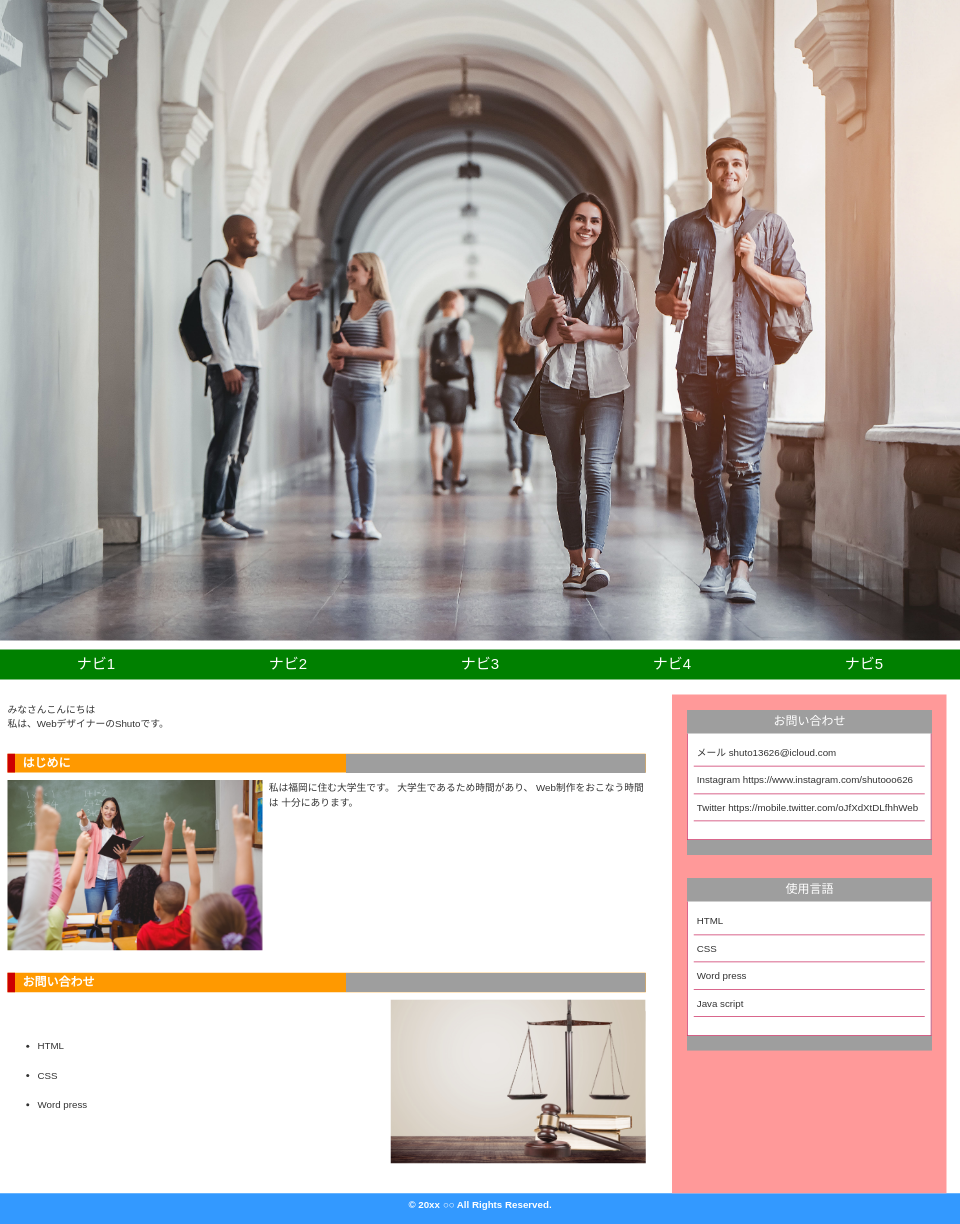
Repository: shuto-nakayama/samurai_HTML-CSS
Page: index7.html
The author's editor kept a record of every edit. The page is drawn from the files as they stood at one moment, then again after the next edit.
The browser window is 1280 px wide. The pictures show the whole page, at 75% of full size.
Pictures or frames that could not be fetched are drawn as grey boxes.

Above is the page before.

### index7.html
<!DOCTYPE html>
<html lang="ja">
    <head>
        <meta charset="UTF-8">
        <title>shutoホームページ</title>
        <link rel="stylesheet" href="stylesheet7.css">
    </head>
    <body>
        <div id="header">
            <h1><a href="index.html"><img id="corridor" src="images/corridor.jpg" alt="大学の廊下" /></a></h1>
        </div>
        <div id="wrapper">
            <div id="nav">
                <ul>
                    <li><a href="home.html">ナビ1</a></li>
                    <li><a href="#">ナビ2</a></li>
                    <li><a href="#">ナビ3</a></li>
                    <li><a href="#">ナビ4</a></li>
                    <li><a href="#">ナビ5</a></li>
                </ul>
            </div>
            <div id="container">
                <div id="main">
                    <div class="post">
                        <p>みなさんこんにちは<br />私は、WebデザイナーのShutoです。</p>
                    </div>
                    <div class="post clearfix">
                        <h2>はじめに</h2>
                        <img class="left" src="images/classroom.jpg" alt="授業風景" />
                        <p>
                           私は福岡に住む大学生です。
                           大学生であるため時間があり、
                           Web制作をおこなう時間は
                           十分にあります。
                        </p>

                    </div>
                    <div class="post clearfix">
                        <h2>お問い合わせ</h2>
                        <img class="right" src="images/scale.jpg" alt="天秤" />
                        <p>
                        　<ul>
                        　   <li>HTML</li>
                        　   <li>CSS</li>
                        　  <li>Word press</li>
                        　</ul>
                        </p>
                    </div>
                </div>
                <div id="side">
                    <div class="box">
                        <h2>お問い合わせ</h2>
                        <div class="boxBody">
                            <ul>
                                <li>メール shuto13626@icloud.com</li>
                                <li>Instagram https://www.instagram.com/shutooo626 </li>
                                <li>Twitter https://mobile.twitter.com/oJfXdXtDLfhhWeb
</li>

                            </ul>
                        </div>
                    </div>
                    <div class="box">
                        <h2>使用言語</h2>
                        <div class="boxBody">
                            <ul>
                                <li>HTML</li>
                                <li>CSS</li>
                                <li>Word press</li>
                                <li>Java script</li>
                            </ul>
                        </div>
                    </div>
                </div>
            </div>
        </div>
        <div id="footer">
            <p>&copy; 20xx ○○ All Rights Reserved.</p>
        </div>
    </body>
</html>

### stylesheet7.css
@charset "utf-8";

body {
	margin: 0;
	padding: 0;
	font-family: "ヒラギノ角ゴ Pro W3", "Hiragino Kaku Gothic Pro", "メイリオ", Meiryo, Osaka, "ＭＳ Ｐゴシック", "MS PGothic", sans-serif;
	color: #333;
	font-size: 13px;
	line-height: 150%;
}

/* -------------------- wrapper -------------------- */
#wrapper {
	width: 100%;
	margin: auto;
	padding: 0px;
	border: 0px;
	background-color: #FFF;
	top: 10px;
	position: relative;
}

/* -------------------- header -------------------- */
#header {
	width: 100%;
}
#header h1 {
	margin: 0;
	padding: 0;
}

#corridor {
	width: 100%;
	height: auto;
}

/* -------------------- footer -------------------- */
#footer {
	clear: both;
	width: 100%;
	padding: 3px 0 3px 0;
	background: #39F;
	color: #FFF;
	font-weight: bold;
	text-align: center;
}

/* -------------------- nav -------------------- */
#nav {
	width: 100%;
}
#nav ul {
	display: flex;
	margin: 0;
	padding: 0;
	list-style-type: none;
}
#nav ul li {
	width: 20%;
	text-align: center;
}
#nav ul li a {
	display: block;
	height: 20px;
	margin: 0;
	padding: 10px;
	color: #FFF;
	font-size: 20px;
	text-decoration: none;
	background-color: green;
}

#nav ul li a:hover {
	filter: drop-shadow(10px 10px 10px black);
}

/* -------------------- container -------------------- */
#container {
	width: 100%;
	margin: auto ;
	padding: auto;
	padding-top: 20px;
	clear: both;
	display: grid;
	grid-template-columns: 70vw 30vw;
}
/* -------------------- main -------------------- */
#main {
	width: 95%;
	padding: 10px 30px 10px 10px;
}
#main h2 {
	margin: 0 0 10px 0;
	padding: 3px 10px 3px 10px;
	color: #FFF;
	font-size: 16px;
	border-left: solid 10px #C00;
	background: #F90 url(../images/main_h2.jpg) right top repeat-y;
}
#main p {
	margin: 0;
	padding: 0;
}
#main .post {
	margin: 0 0 30px 0;
}

#main .post img.right {
	margin: 0 0 0 8px;
}
#main .post img.left {
	margin: 0 8px 0 0;
}

.right {
	float: right;
	width: 40%;
	height: auto;
}
.left {
	float: left;
	width: 40%;
	height: auto;
}

/* -------------------- clearfix -------------------- */
.clearfix {
	zoom: 1;
}
.clearfix:after{
	content: "";
	display: block;
	clear: both;
}

/* -------------------- side -------------------- */
#side {
	width: 85%;
	padding: 20px;
	background-color: #F99;
}
#side .box {
	margin: 0 auto 30px auto;
	padding: 0 0 20px 0;
	background: url(images/side_box.png) bottom no-repeat;
}
#side .box h2 {
	margin: 0;
	padding: 8px;
	text-align: center;
	color: #fff;
	font-size: 16px;
	line-height: 16px;
	font-weight: normal;
	background: url(images/side_box_h2.png) center no-repeat;
}
#side .box .boxBody {
	padding: 8px;
	border-right: solid 1px #C36;
	border-bottom: solid 1px #C36;
	border-left: solid 1px #C36;
	background: #fff;
}
#side .box .boxBody ul {
	margin: 0 0 16px 0;
	padding: 0;
}
#side .box .boxBody ul li {
	padding: 8px 0 8px 4px;
	list-style: none;
	border-bottom: solid 1px #C36;
}

#side .box .boxBody ul li:hover {
	padding: 8px 0 8px 4px;
	list-style: none;
	border-bottom: solid 1px #C36;
	box-shadow: 0px 4px 4px rgba(0, 0, 0, 0.3);
}

After the next edit:
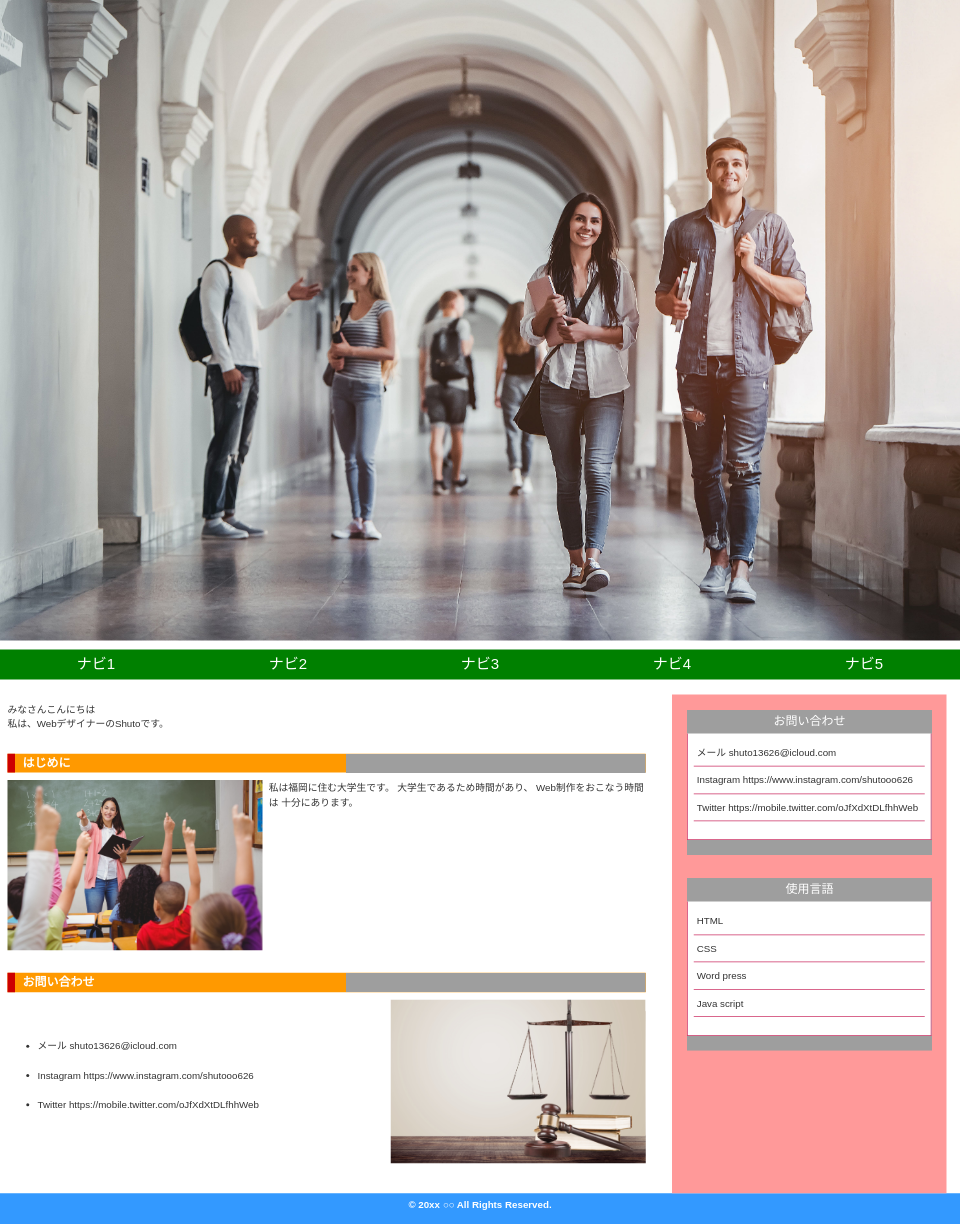
The edit:
--- a/index7.html
+++ b/index7.html
@@ -40,9 +40,9 @@
                         <img class="right" src="images/scale.jpg" alt="天秤" />
                         <p>
                         　<ul>
-                        　   <li>HTML</li>
-                        　   <li>CSS</li>
-                        　  <li>Word press</li>
+                        　   <li>メール shuto13626@icloud.com</li>
+                        　   <li>Instagram https://www.instagram.com/shutooo626 </li>
+                        　  <li>Twitter https://mobile.twitter.com/oJfXdXtDLfhhWeb</li>
                         　</ul>
                         </p>
                     </div>
